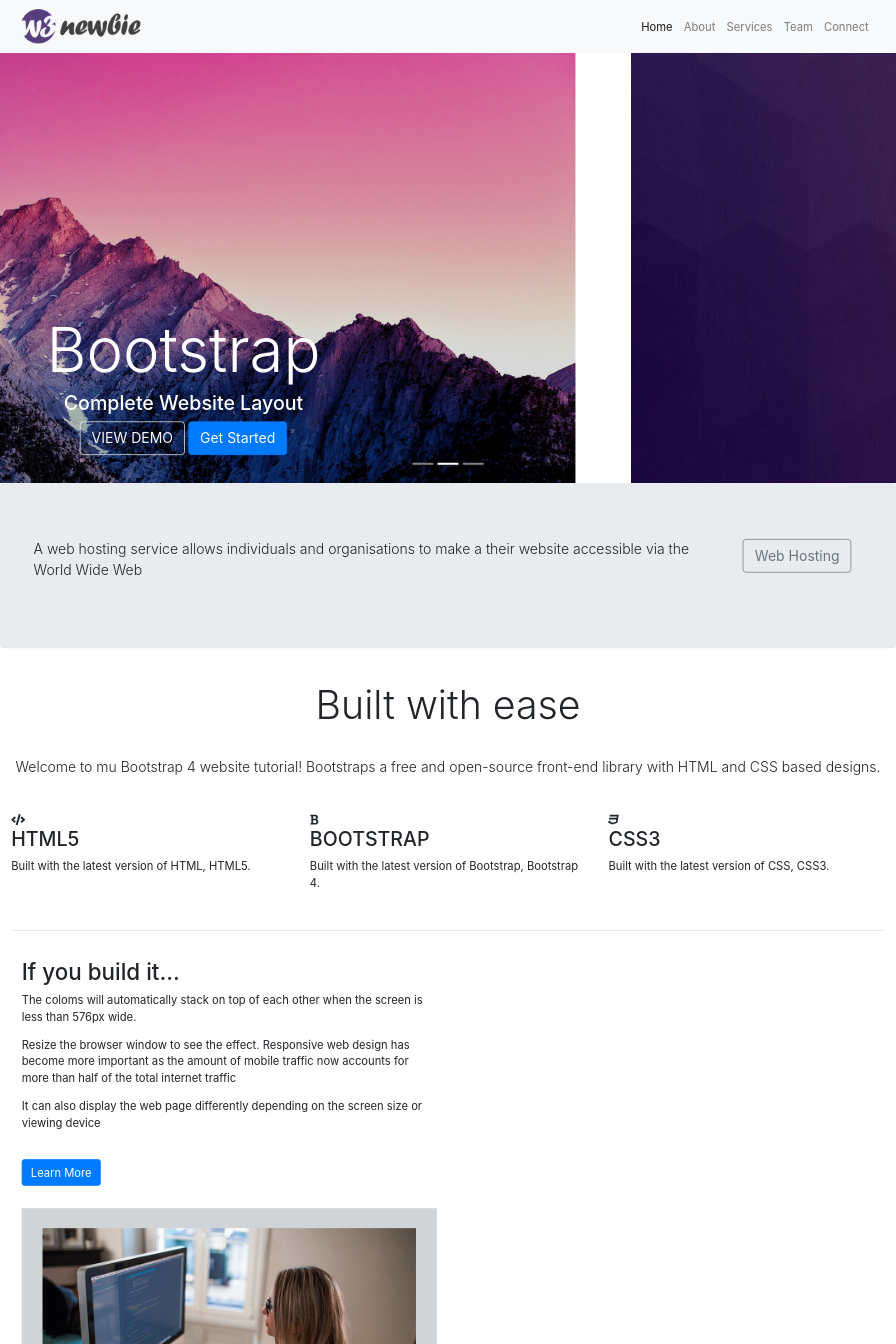
Repository: rkyankya/Bootstrap-1
Page: index.html
An editor plug-in stored every save of this project. The page is shown before and after the next save, followed by the edit.
The browser window is 1280 px wide. The pictures show the part of the page from y = 0 to 1920 px (the page is 4337 px tall before and 4799 px after), at 70% of full size.
Some web libraries are served in a nearby version.

Above is the page before, as saved 2019-12-17 21:54:33.

### index.html
<!DOCTYPE html>
<html lang="en">

<head>
    <meta charset="utf-8">
    <meta name="viewport" content="width=device-width, initial-scale=1">
    <title>Complete Bootstrap 4 Website Layout</title>
    <link rel="stylesheet" href="https://maxcdn.bootstrapcdn.com/bootstrap/4.0.0/css/bootstrap.min.css">
    <script src="https://ajax.googleapis.com/ajax/libs/jquery/3.3.1/jquery.min.js"></script>
    <script src="https://cdnjs.cloudflare.com/ajax/libs/popper.js/1.12.9/umd/popper.min.js"></script>
    <script src="https://maxcdn.bootstrapcdn.com/bootstrap/4.0.0/js/bootstrap.min.js"></script>
    <script src="https://use.fontawesome.com/releases/v5.0.8/js/all.js"></script>
    <link href="style.css" rel="stylesheet">
</head>

<body>

    <!-- Navigation -->
    <nav class="navbar navbar-expand-md navbar-light bg-light sticky-top">
        <div class="container-fluid">
            <a class="navbar-brand" href="#"><img src="img/logo.png" alt="#"></a>
            <button class="navbar-toggler" type="button" data-toggler="collapse" data-target="#navbarResponsive">
          <span class="navbar-toggler-icon"></span>
        </button>
            <div class="collapse navbar-collapse" id="navbarResponsive">
                <ul class="navbar-nav ml-auto">
                    <li class="nav-item active">
                        <a class="nav-link" href="#">Home</a>
                    </li>
                    <li class="nav-item">
                        <a class="nav-link" href="#">About</a>
                    </li>
                    <li class="nav-item">
                        <a class="nav-link" href="#">Services</a>
                    </li>
                    <li class="nav-item">
                        <a class="nav-link" href="#">Team</a>
                    </li>
                    <li class="nav-item">
                        <a class="nav-link" href="#">Connect</a>
                    </li>
                </ul>
            </div>
        </div>
    </nav>

    <!--- Image Slider -->
    <div id="slides" class="carousel slide" data-ride="carousel">
        <ul class="carousel-indicators">
            <li data-target="#slides" data-slide-to="0" class="active"></li>
            <li data-target="#slides" data-slide-to="1"></li>
            <li data-target="#slides" data-slide-to="2"></li>
        </ul>
        <div class="carousel-inner">
            <div class="carousel-item active">
                <img src="img/background.png" alt="#">
                <div class="carousel-caption">
                    <h1 class="display-2">Bootstrap</h1>
                    <h3>Complete Website Layout</h3>
                    <button type="button" class="btn btn-outline-light btn-lg">VIEW DEMO</button>
                    <button type="button" class="btn btn-primary btn-lg">Get Started</button>
                </div>
            </div>
            <div class="carousel-item">
                <img src="img/background2.png" alt="#">
            </div>
            <div class="carousel-item">
                <img src="img/background3.png" alt="#">
            </div>
        </div>
    </div>

    <!--- Jumbotron -->
    <div class="container-fluid">
        <div class="row jumbotron">
            <div class="col-xs-12 col-sm-12 col-md-9 col-lg-9 col-xl-10">
                <!--Bootstrap has 12 coloms the 12 describes the coloms to take-->
                <p class="lead">A web hosting service allows individuals and organisations to make a their website accessible via the World Wide Web
                </p>
            </div>
            <div class="col-xs-12 col-sm-12 col-md-3 col-lg-3 col-xl-2">
                <a href="#">
                    <button type="button" class="btn btn-outline-secondary btn-lg">Web Hosting</button>
                </a>
            </div>
        </div>
    </div>


    <!--- Welcome Section -->
    <div class="container-fluid padding">
        <div class="row welcome text-center">
            <div class="col-12">
                <h1 class="display-4">Built with ease</h1>
            </div>
            <hr class="my-4">
            <div class="col-12">
                <p class="lead">Welcome to mu Bootstrap 4 website tutorial! Bootstraps a free and open-source front-end library with HTML and CSS based designs.
                </p>
            </div>
        </div>
    </div>

    <!--- Three Column Section -->
    <div class="container-fluid padding">
        <div class="row text-centre padding">
            <div class="col-xs-12 col-sm-6 col-md-4">
                <i class="fas fa-code"></i>
                <h3>HTML5</h3>
                <p>Built with the latest version of HTML, HTML5.</p>
            </div>
            <div class="col-xs-12 col-sm-6 col-md-4">
                <i class="fas fa-bold"></i>
                <h3>BOOTSTRAP</h3>
                <p>Built with the latest version of Bootstrap, Bootstrap 4.</p>
            </div>
            <div class="col-sm-12 col-md-4">
                <i class="fab fa-css3"></i>
                <h3>CSS3</h3>
                <p>Built with the latest version of CSS, CSS3.</p>
            </div>
        </div>
        <hr class="my-4">
    </div>


    <!--- Two Column Section -->
    <div class="container-fluid padding">
        <div class="row-padding">
            <div class="col-md-12 col-lg-6">
                <h2>If you build it...</h2>
                <p>The coloms will automatically stack on top of each other when the screen is less than 576px wide.</p>
                <p>Resize the browser window to see the effect. Responsive web design has become more important as the amount of mobile traffic now accounts for more than half of the total internet traffic</p>
                <p>It can also display the web page differently depending on the screen size or viewing device</p>
                <br>
                <a href="#" class="btn btn-primary">Learn More</a>
            </div>
            <div class="col-lg-6">
                <img src="img/desk.png" class="img-fluid" alt="#">
            </div>
        </div>
    </div>

    <hr class="my-4">

    <!--- Fixed background -->
    <figure>
        <div class="fixed-wrap">
            <div id="fixed"></div>
        </div>
    </figure>


    <!--- Emoji Section -->
    <button class="fun" data-toggle="collapse" data-target="#emoji">Click For Fun</button>
    <div id="emoji" class="collapse">
        <div class="container-fluid padding">
            <div class="row text-center">
                <div class="col-sm-6 col-md-3">
                    <img class="gif" src="img/gif/panda.gif" alt="#">
                </div>
                <div class="col-sm-6 col-md-3">
                    <img class="gif" src="img/gif/unicorn.gif" alt="#">
                </div>
                <div class="col-sm-6 col-md-3">
                    <img class="gif" src="img/gif/poo.gif" alt="#">
                </div>
                <div class="col-sm-6 col-md-3">
                    <img class="gif" src="img/gif/chicken.gif" alt="#">
                </div>
            </div>
        </div>
    </div>


    <!--- Meet the team -->
    <div class="container-fluid padding">
        <div class="row-welcome text-center">
            <div class="col-12">
                <h1 class="display-4"> Meet the Team</h1>
            </div>
        </div>
    </div>


    <!--- Cards -->
    <div class="container-fluid padding">
        <div class="row welcome text">
            <div class="col-md-4">
                <div class="card">
                    <img class="card-imd-top" src="img/team1.png" alt="#">
                    <div class="card-body">
                        <h4 class="card-title">John Doe</h4>
                        <p class="card-text">Joe is an internet entrepreneur with almost 20 years of experience</p>
                        <a href="#" class="btn btn-outline-secondary"> See Profile</a>
                    </div>
                </div>
            </div>
            <div class="col-md-4">
                <div class="card">
                    <img class="card-imd-top" src="img/team2.png" alt="#">
                    <div class="card-body">
                        <h4 class="card-title">Mary Jo</h4>
                        <p class="card-text">Mary is a designer with almost 10 yeas of digital experience</p>
                        <a href="#" class="btn btn-outline-secondary"> See Profile</a>
                    </div>
                </div>
            </div>
            <div class="col-md-4">
                <div class="card">
                    <img class="card-imd-top" src="img/team3.png" alt="#">
                    <div class="card-body">
                        <h4 class="card-title">Phil Ho</h4>
                        <p class="card-text">Phil is a developer with over 5 years of web development experience</p>
                        <a href="#" class="btn btn-outline-secondary"> See Profile</a>
                    </div>
                </div>
            </div>
        </div>
    </div>


    <!--- Two Column Section -->
    <div class="container-fluid padding">
        <div class="row-padding">
            <div class="col-md-12 col-lg-6">
                <h2>Our Philosophy</h2>
                <p>We know that greatness is a distruptive era requires bold ambition, curious talent and a culture that believes we're smarter together</p>
                <p>We approach ever challege holistically, with best-in-class expertise in data, creativity, media, techology. search, social and more. We call this Alchemy. It has the powerto build our clients brands and transform their business. And while
                    it may seem like magic, we've got it down to a science</p>

                <br>
                <a href="#" class="btn btn-primary">Learn More</a>
            </div>
            <div class="col-lg-6">
                <img src="img/bootstrap2.png" class="img-fluid" alt="#">
            </div>
        </div>
    </div>


    <!--- Connect -->
    <div class="container-fluid padding">
        <div class="row text-center padding">
            <div class="col-12">
                <h2>Connect</h2>
            </div>
            <div class="col-12 social padding">
                <a href="#"><i class="fab fa-facebook"></i></a>
                <a href="#"><i class="fab fa-twitter"></i></a>
                <a href="#"><i class="fab fa-instagram"></i></a>
                <a href="#"><i class="fab fa-google-plus-g"></i></a>
                <a href="#"><i class="fab fa-youtube"></i></a>
            </div>
        </div>
    </div>



    <!--- Footer -->
    <footer>
        <div class="container-fluid padding">
            <div class="row text-center">
                <div class="col-md-4">
                    <img src="img/w3newbie.png" alt="#">
                    <hr class="light">
                    <p>256 708 322 323</p>
                    <p>email@email.com</p>
                    <p>Kirinya Bweyogerere</p>
                    <p>Kampala Uganda</p>
                </div>
                <div class="col-md-4">
                    <hr class="light">
                    <h5>Our Hours</h5>
                    <hr class="light">
                    <p>Monday: 9am-5pm</p>
                    <p>Saturday: 10am-4pm</p>
                    <p>Sunday: closed</p>
                </div>
                <div class="col-md-12">
                    <hr class="light">
                    <h5> Service Area </h5>
                    <hr class="light">
                    <hr class="light">
                    <p>City, State, 0000</p>
                    <p>City, State, 0000</p>
                    <p>City, State, 0000</p>
                    <p>City, State, 0000</p>
                </div>
                <div class="col-12">
                    <hr class="light">
                    <h5>&copy; w3newbie.com</h5>
                </div>

            </div>
        </div>
    </footer>




</body>

</html>

### style.css
@import url('https://fonts.googleapis.com/css?family=Poppins:400,500,700');

/*---Media Queries --*/

@media (max-width: 992px) {}

@media (max-width: 768px) {}

@media (max-width: 576px) {}


/*---Firefox Bug Fix --*/

.carousel-item {
    transition: -webkit-transform 0.5s ease;
    transition: transform 0.5s ease;
    transition: transform 0.5s ease, -webkit-transform 0.5s ease;
    -webkit-backface-visibility: visible;
    backface-visibility: visible;
}


/*--- Fixed Background Image --*/

figure {
    position: relative;
    width: 100%;
    height: 60%;
    margin: 0!important;
}

.fixed-wrap {
    clip: rect(0, auto, auto, 0);
    position: absolute;
    top: 0;
    left: 0;
    width: 100%;
    height: 100%;
}

#fixed {
    background-image: url('img/mac.png');
    position: fixed;
    display: block;
    top: 0;
    left: 0;
    width: 100%;
    height: 100%;
    background-size: cover;
    background-position: center center;
    -webkit-transform: translateZ(0);
    transform: translateZ(0);
    will-change: transform;
}


/*--- Bootstrap Padding Fix --*/

[class*="col-"] {
    padding: 1rem;
}


/*
Extra small (xs) devices (portrait phones, less than 576px)
No media query since this is the default in Bootstrap

Small (sm) devices (landscape phones, 576px and up)
@media (min-width: 576px) { ... }

Medium (md) devices (tablets, 768px and up)
@media (min-width: 768px) { ... }

Large (lg) devices (desktops, 992px and up)
@media (min-width: 992px) { ... }

Extra (xl) large devices (large desktops, 1200px and up)
@media (min-width: 1200px) { ... }
*/

After the next save:
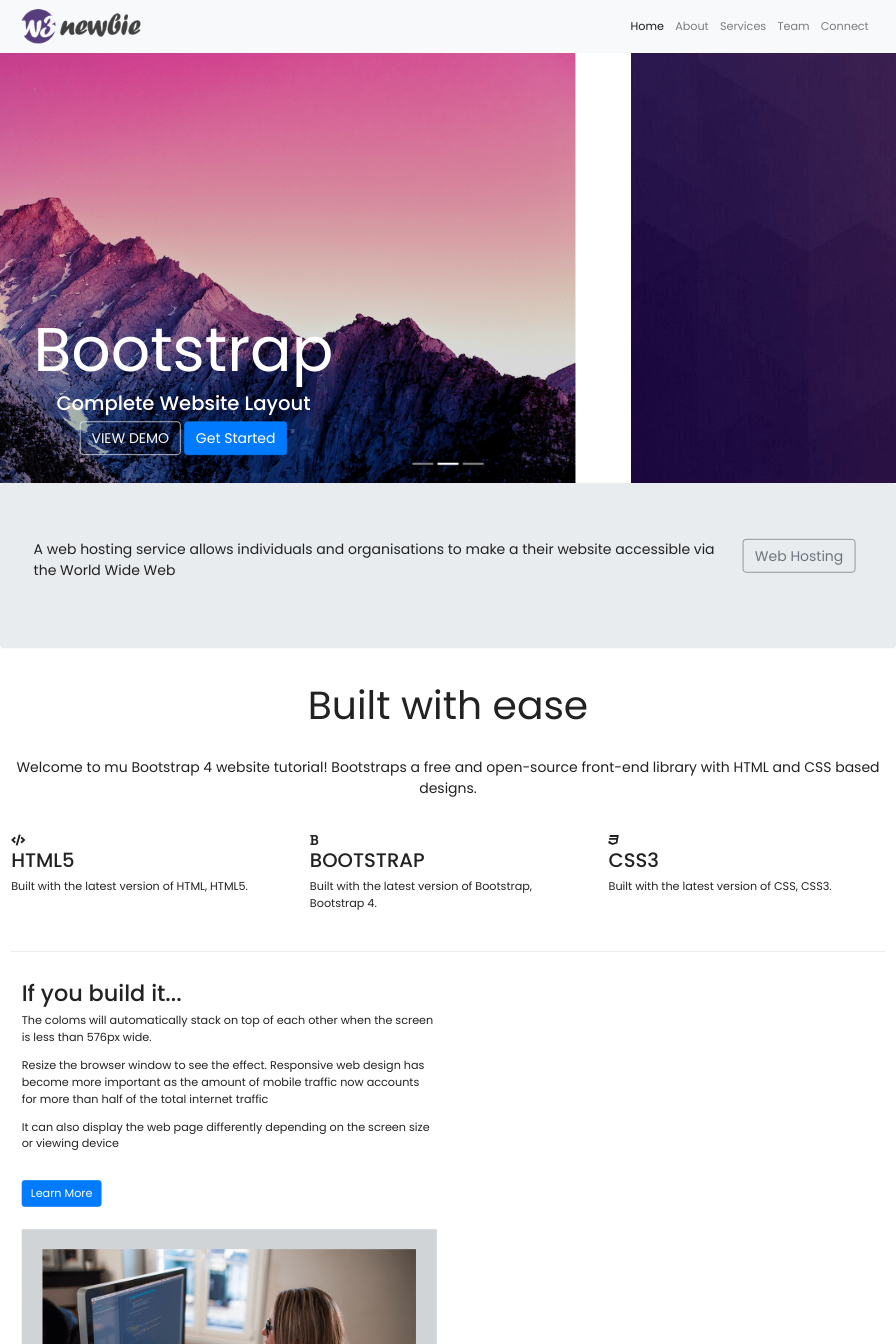
Saved 3 min 24 s later.
--- a/style.css
+++ b/style.css
@@ -1,4 +1,12 @@
 @import url('https://fonts.googleapis.com/css?family=Poppins:400,500,700');
+html,
+body {
+    height: 100%;
+    width: 100%;
+    font-family: 'Poppins', sans-serif;
+    color: #222;
+}
+
 
 /*---Media Queries --*/
 
